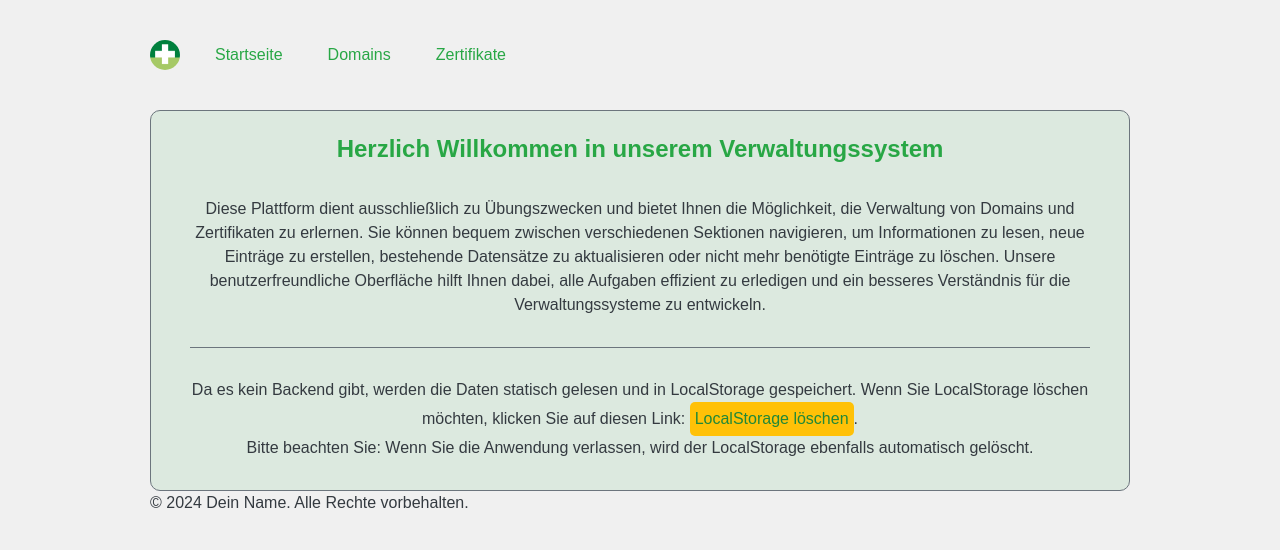
Repository: bajricadmir/verwaltungssystem-vanilla-html-css
Page: index.html
An editor plug-in stored every save of this project. The page is shown before and after the next save, followed by the edit.
The browser window is 1280 px wide. The pictures show the whole page.

Above is the page before, as saved 2024-10-14 12:00:08.

After the next save:
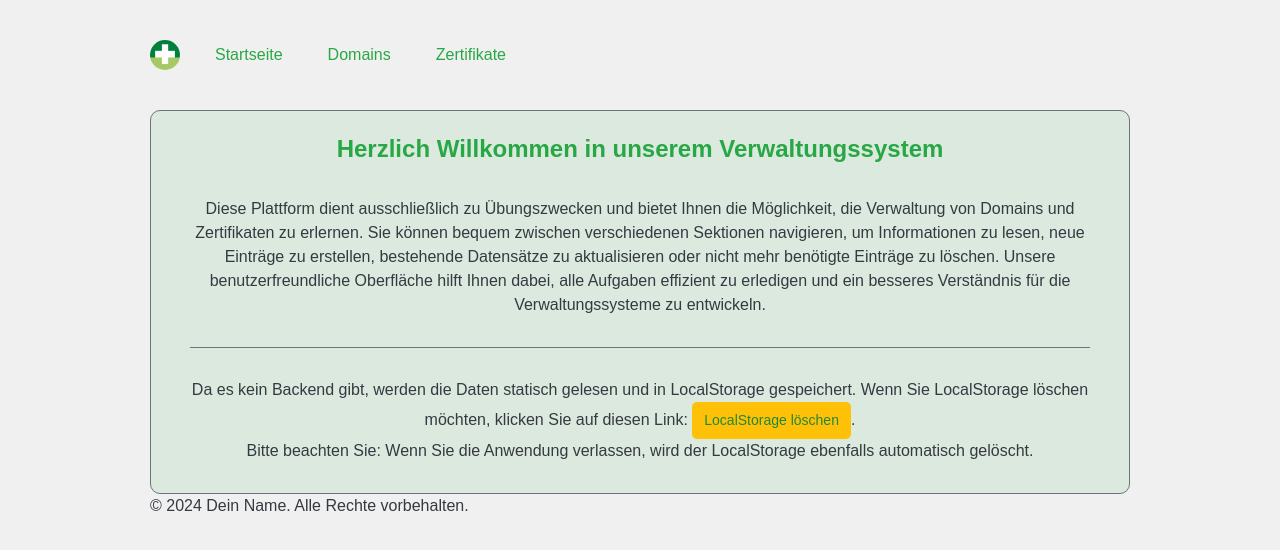
Saved 54 s later.
--- a/style.css
+++ b/style.css
@@ -129,8 +129,23 @@
 }
 
 .btn {
-  padding: 5px;
-  background-color: var(--warning-color);
-  color: var(--success-color-hover);
-  border-radius: 5px;
+  padding: 8px 12px; /* Innenabstand vergrößern für besseren Komfort */
+  background-color: var(--warning-color); /* Hintergrundfarbe */
+  color: var(--success-color-hover); /* Textfarbe */
+  border: none; /* Rahmen entfernen */
+  border-radius: 5px; /* Abgerundete Ecken */
+  font-size: 14px; /* Angemessene Schriftgröße */
+  cursor: pointer; /* Cursor als Pointer setzen */
+  transition: background-color 0.3s, color 0.3s, transform 0.2s; /* Sanfte Übergänge */
 }
+
+.btn:hover {
+  background-color: rgba(
+    255,
+    193,
+    7,
+    0.8
+  ); /* Etwas dunklerer Farbton für den Hover-Effekt */
+  color: var(--success-color); /* Textfarbe ändern bei Hover */
+  transform: scale(1.02); /* Leichtes Vergrößern bei Hover */
+}

After the save that followed:
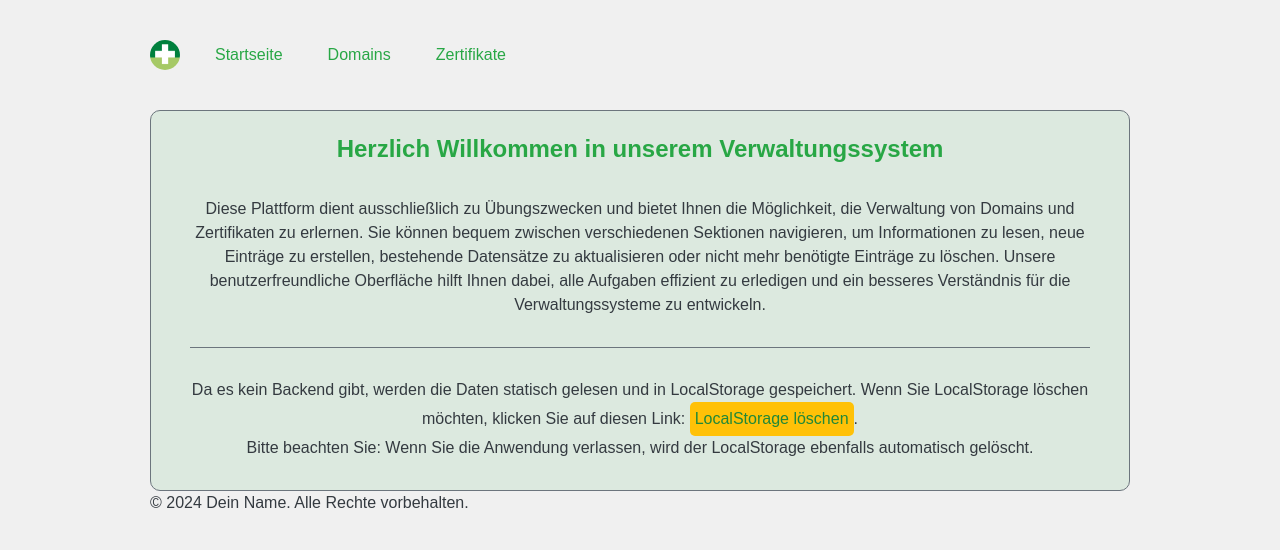
Saved 10 s later.
--- a/style.css
+++ b/style.css
@@ -129,23 +129,8 @@
 }
 
 .btn {
-  padding: 8px 12px; /* Innenabstand vergrößern für besseren Komfort */
-  background-color: var(--warning-color); /* Hintergrundfarbe */
-  color: var(--success-color-hover); /* Textfarbe */
-  border: none; /* Rahmen entfernen */
-  border-radius: 5px; /* Abgerundete Ecken */
-  font-size: 14px; /* Angemessene Schriftgröße */
-  cursor: pointer; /* Cursor als Pointer setzen */
-  transition: background-color 0.3s, color 0.3s, transform 0.2s; /* Sanfte Übergänge */
+  padding: 5px;
+  background-color: var(--warning-color);
+  color: var(--success-color-hover);
+  border-radius: 5px;
 }
-
-.btn:hover {
-  background-color: rgba(
-    255,
-    193,
-    7,
-    0.8
-  ); /* Etwas dunklerer Farbton für den Hover-Effekt */
-  color: var(--success-color); /* Textfarbe ändern bei Hover */
-  transform: scale(1.02); /* Leichtes Vergrößern bei Hover */
-}
